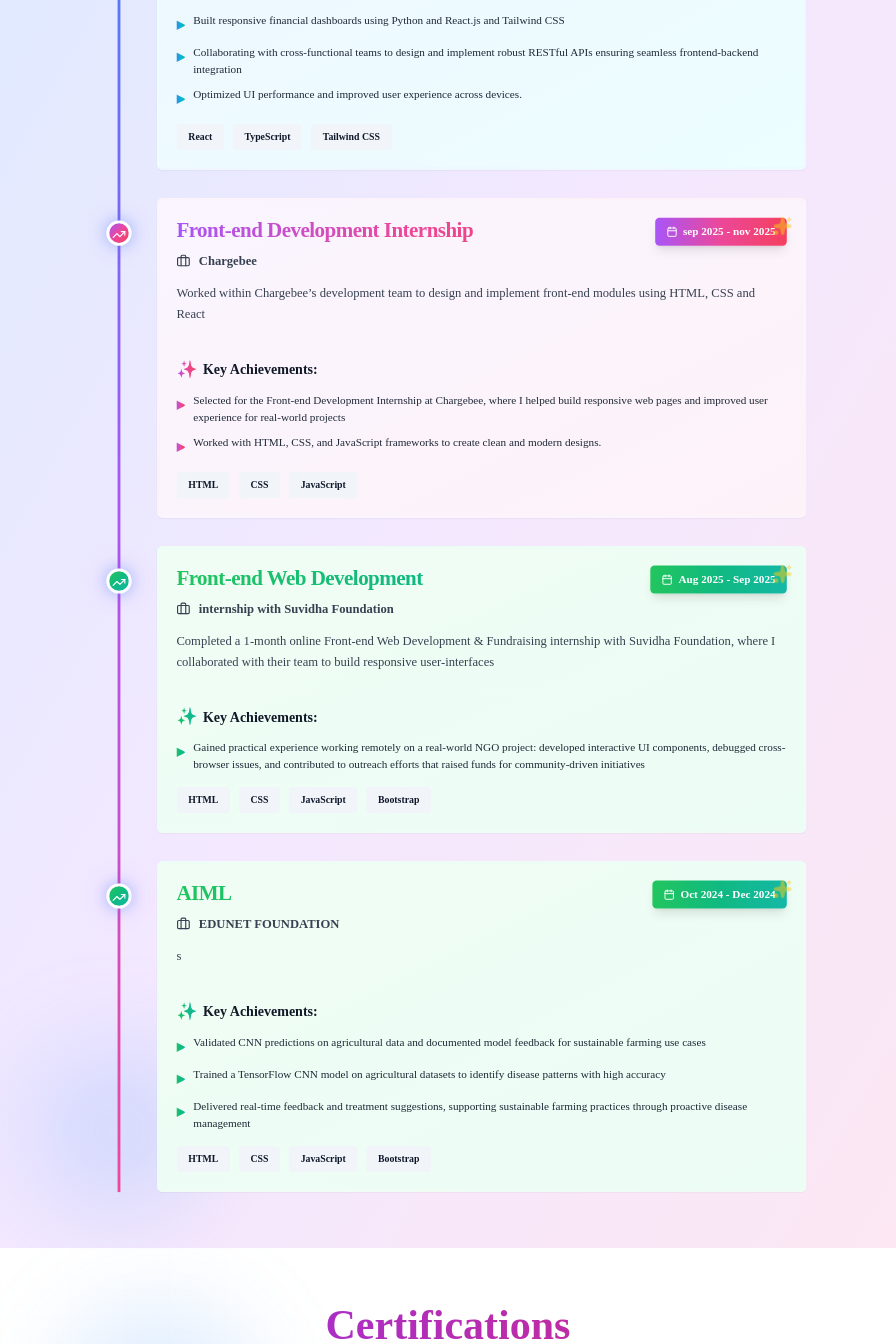
Repository: sm6746/PORTFOLIO
Page: /
An editor plug-in stored every save of this project. The page is shown before and after the next save, followed by the edit.
The browser window is 1280 px wide. The pictures show the part of the page from y = 4580 to 6500 px (the page is 8707 px tall), at 70% of full size.
The project was rebuilt for these pictures with package versions that can differ from the ones it lists, and the page was loaded fresh each time. Also part of the build but not shown: vite.config.ts.

Above is the page before, as saved 2025-11-24 23:11:42.

After the next save:
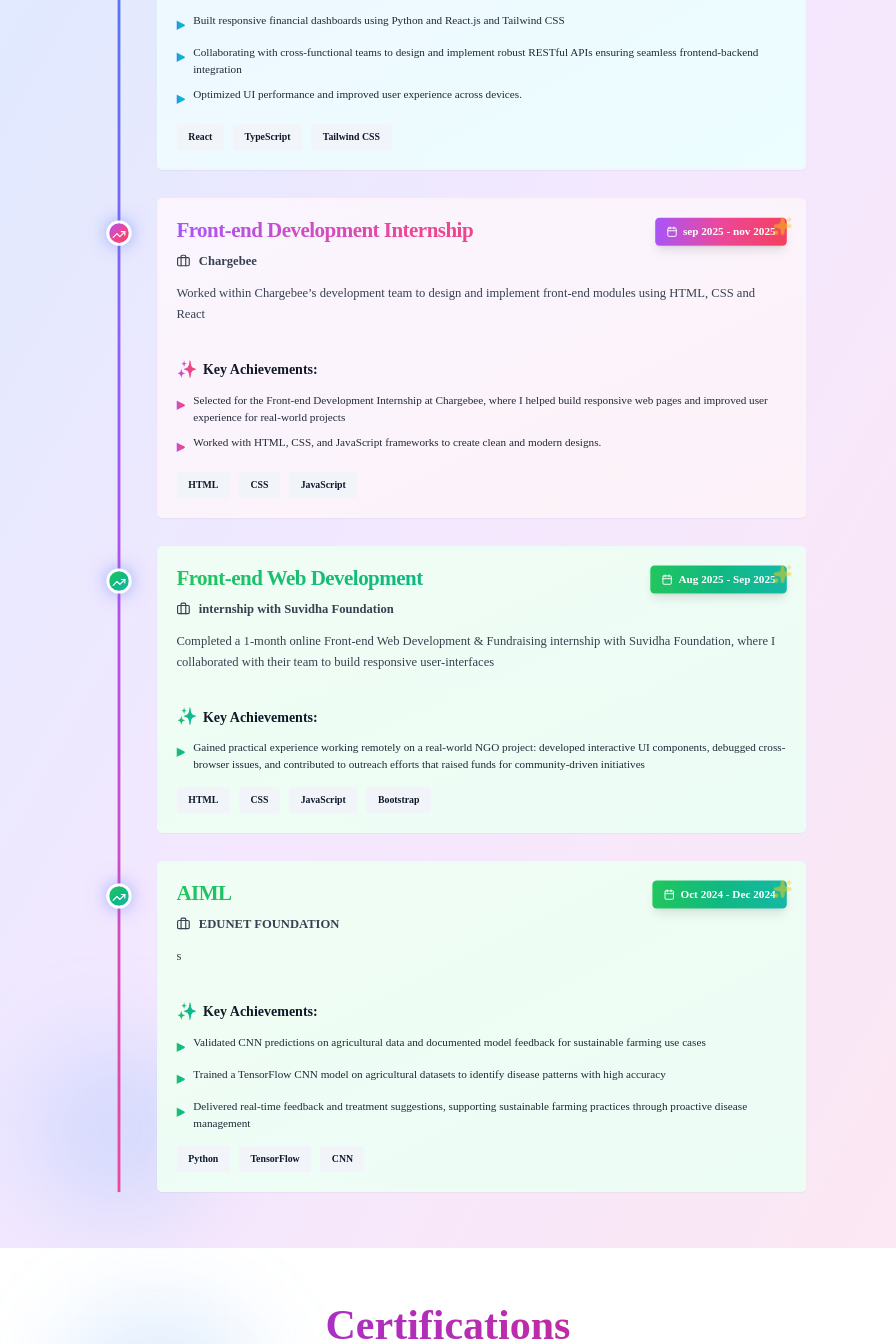
Saved 37 s later.
--- a/components/experience-section.tsx
+++ b/components/experience-section.tsx
@@ -56,7 +56,7 @@
  'Trained a TensorFlow CNN model on agricultural datasets to identify disease patterns with high accuracy',
  'Delivered real-time feedback and treatment suggestions, supporting sustainable farming practices through proactive disease management',
       ],
-      tags: ['HTML', 'CSS', 'JavaScript', 'Bootstrap'],
+      tags: ['Python', 'TensorFlow', 'CNN'],
       gradient: 'from-green-500 via-emerald-500 to-teal-500',
       bgGradient: 'from-green-50 to-emerald-50 dark:from-green-950/50 dark:to-emerald-950/50',
     },
